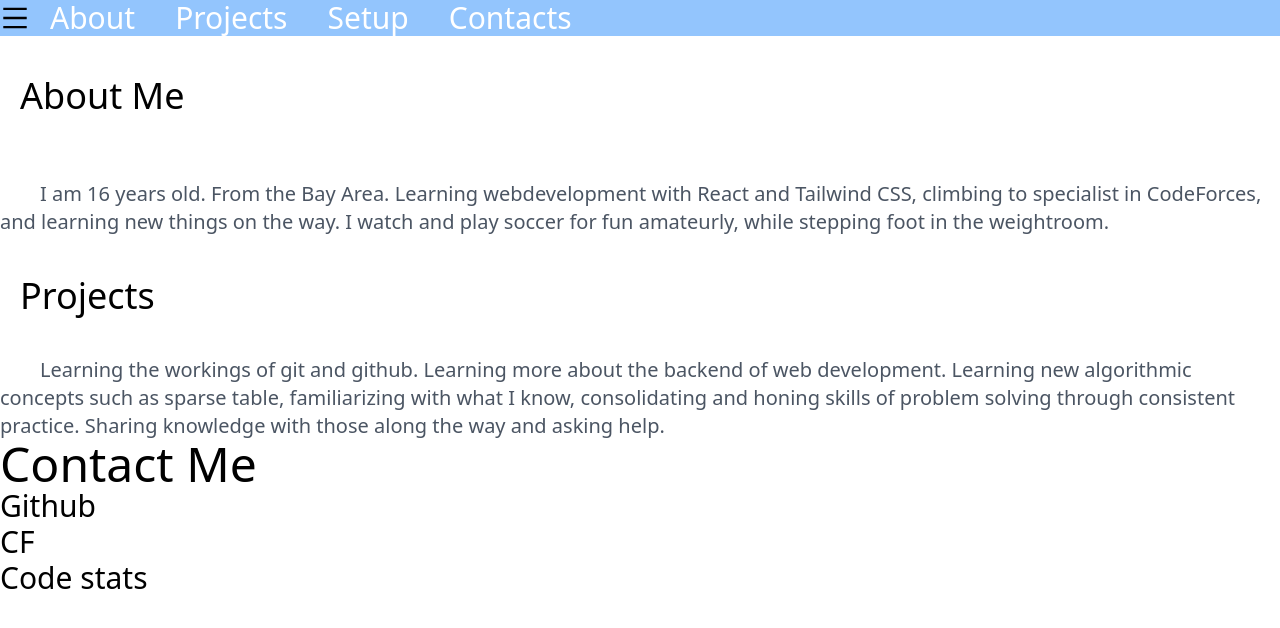
Repository: joshuayanggithub/joshua-yang-website
Page: /
The author's editor kept a copy of each file at every save. The page is drawn from the files as they stood at one save, then again after a run of saves.
The browser window is 1280 px wide. The pictures show the whole page.
The project was rebuilt for these pictures with package versions that can differ from the ones it lists, and the page was loaded fresh each time.

Above is the page before, as saved 2023-01-06 22:38:23.

After the next 2 saves:
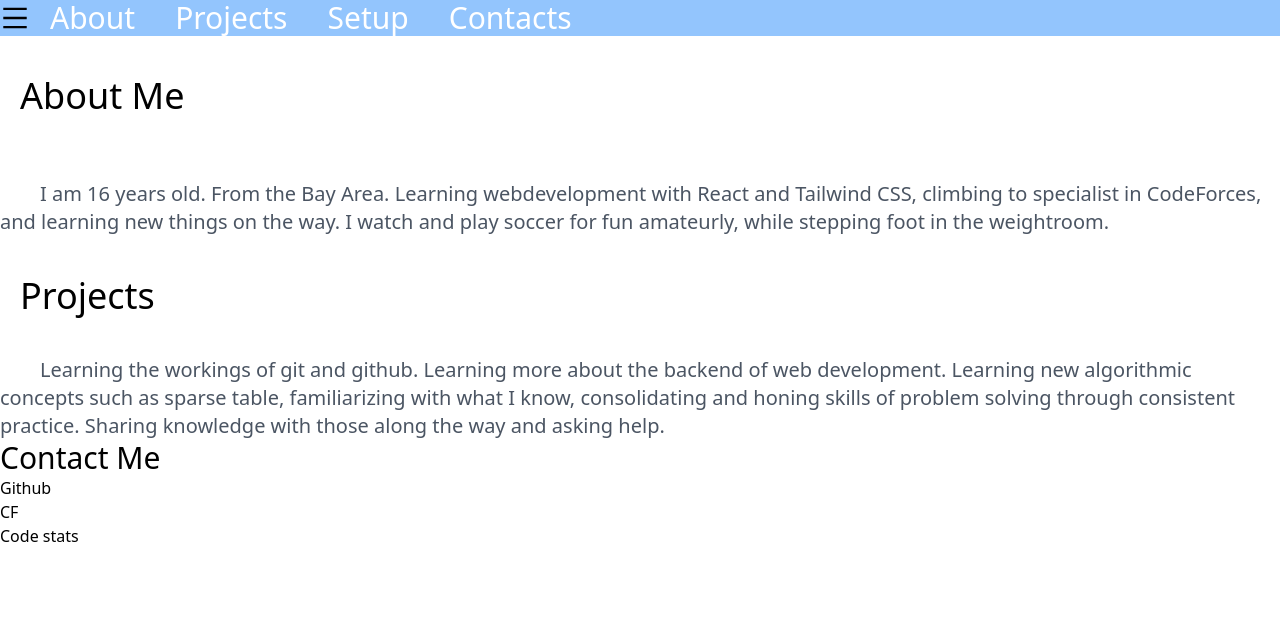
The 2 saves are shown as one change because they came seconds apart.
The last was saved 15 s later.
--- a/src/components/Contacts.jsx
+++ b/src/components/Contacts.jsx
@@ -2,8 +2,8 @@ import React from 'react'
 
 const Contacts = () => {
   return (
-    <div class="flex flex-col text-3xl">
-      <h1 class="text-5xl">Contact Me</h1>
+    <div class="flex flex-col">
+      <h1 class="text-3xl">Contact Me</h1>
       <a href="https://github.com/joshuayanggithub">Github</a>
       <a href="https://codeforces.com/profile/JoshuaYang">CF</a>
       <a href="https://wakatime.com/@joshuayang">Code stats</a>
